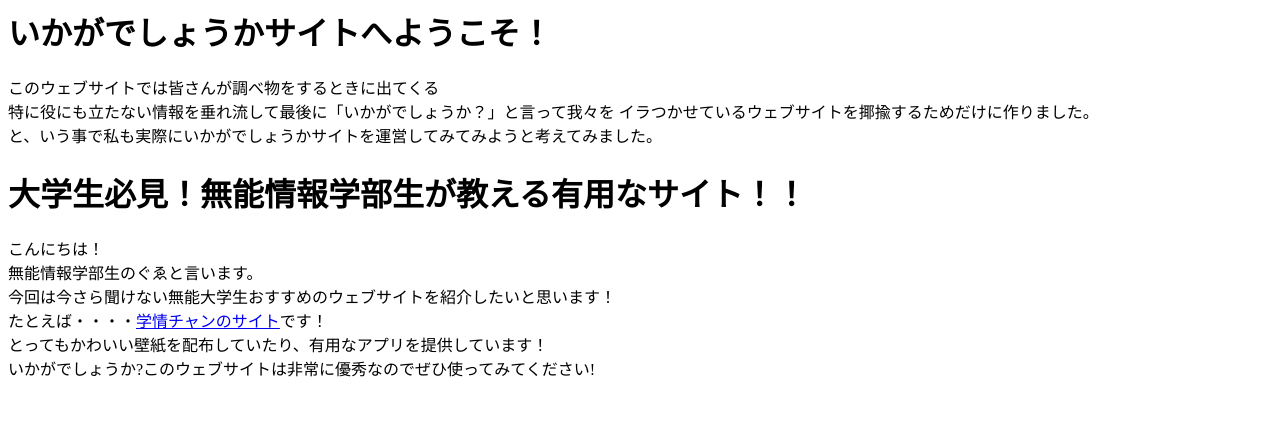
Repository: ghevp/ikagadeshoka
Page: page/home.html
An editor plug-in stored every save of this project. The page is shown before and after a run of saves, followed by the edit.
The browser window is 1280 px wide. The pictures show the whole page.

Above is the page before, as saved 2022-06-23 14:43:24.

### page/home.html
<div class="home">
    <h1>いかがでしょうかサイトへようこそ！</h1>
    <p>このウェブサイトでは皆さんが調べ物をするときに出てくる<br>
    特に役にも立たない情報を垂れ流して最後に「いかがでしょうか？」と言って我々を
    イラつかせているウェブサイトを揶揄するためだけに作りました。<br>
    と、いう事で私も実際にいかがでしょうかサイトを運営してみてみようと考えてみました。

</p>
<h1>
    大学生必見！無能情報学部生が教える有用なサイト！！
</h1>
<p>
    こんにちは！<br>
    無能情報学部生のぐゑと言います。<br>
    今回は今さら聞けない無能大学生おすすめのウェブサイトを紹介したいと思います！<br>
    たとえば・・・・<a href="https://gakujochan.com">学情チャンのサイト</a>です！<br>
    とってもかわいい壁紙を配布していたり、有用なアプリを提供しています！<br>
    いかがでしょうか?このウェブサイトは非常に優秀なのでぜひ使ってみてください!
</p>
</div>

After the next 2 saves:
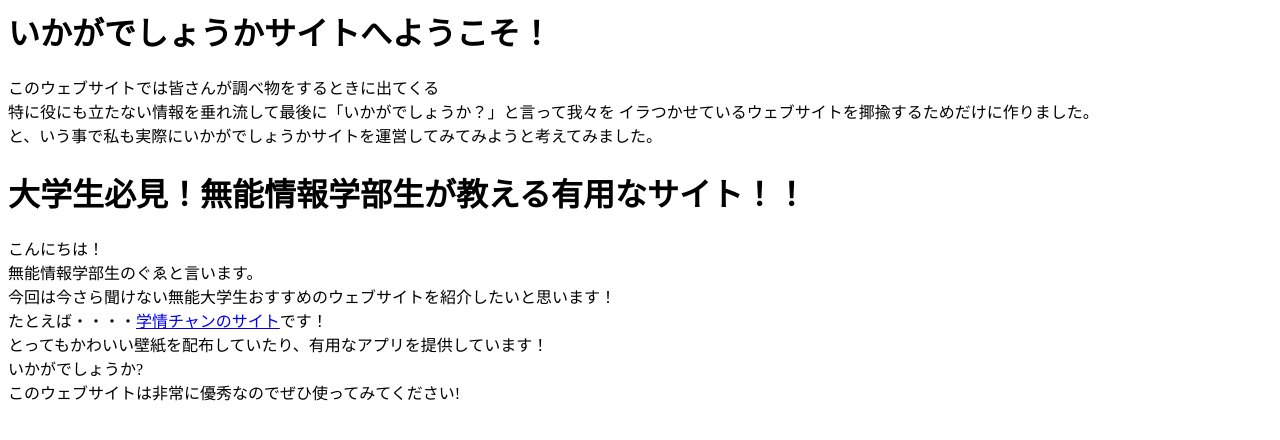
The 2 saves are shown as one change because they came seconds apart.
The last was saved 37 s later.
--- a/page/home.html
+++ b/page/home.html
@@ -15,6 +15,7 @@
     今回は今さら聞けない無能大学生おすすめのウェブサイトを紹介したいと思います！<br>
     たとえば・・・・<a href="https://gakujochan.com">学情チャンのサイト</a>です！<br>
     とってもかわいい壁紙を配布していたり、有用なアプリを提供しています！<br>
-    いかがでしょうか?このウェブサイトは非常に優秀なのでぜひ使ってみてください!
+    いかがでしょうか?<br>
+    このウェブサイトは非常に優秀なのでぜひ使ってみてください!
 </p>
 </div>
